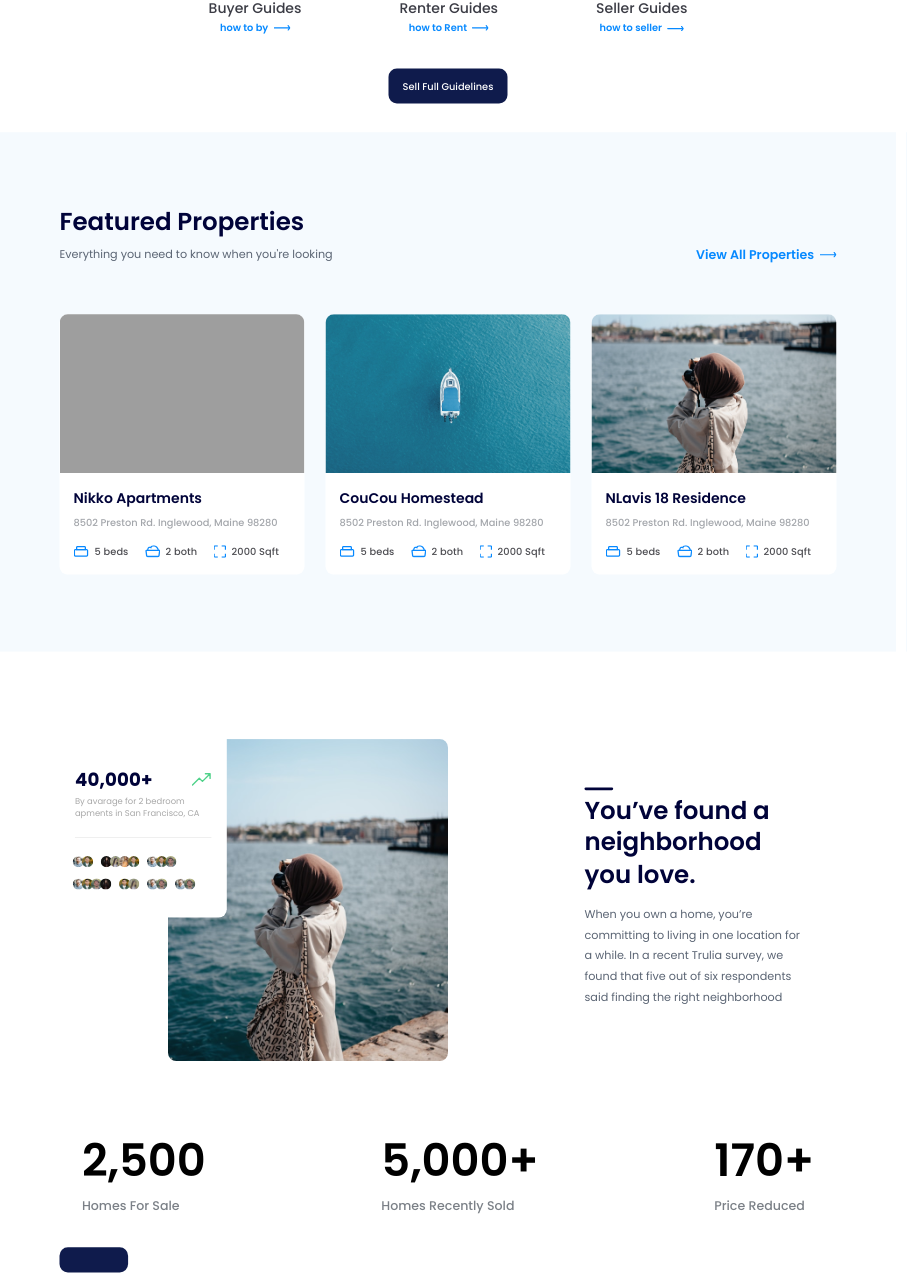
Repository: Kazuto-2004/f8-htmlcss-01
Page: index.html
These files come from the project's save history. The page is drawn as it stood at one moment and after the next save; the edit follows.
The browser window is 1280 px wide. The page is 1295 px wide, so the pictures cover 1295 px, including what lies to the right of the window. The pictures show the part of the page from y = 1507 to 3387 px (the page is 3344 px tall before and 3387 px after), at 70% of full size.
Pictures or frames that could not be fetched are drawn as grey boxes.

Above is the page before, as saved 2023-07-15 17:41:01.

After the next save:
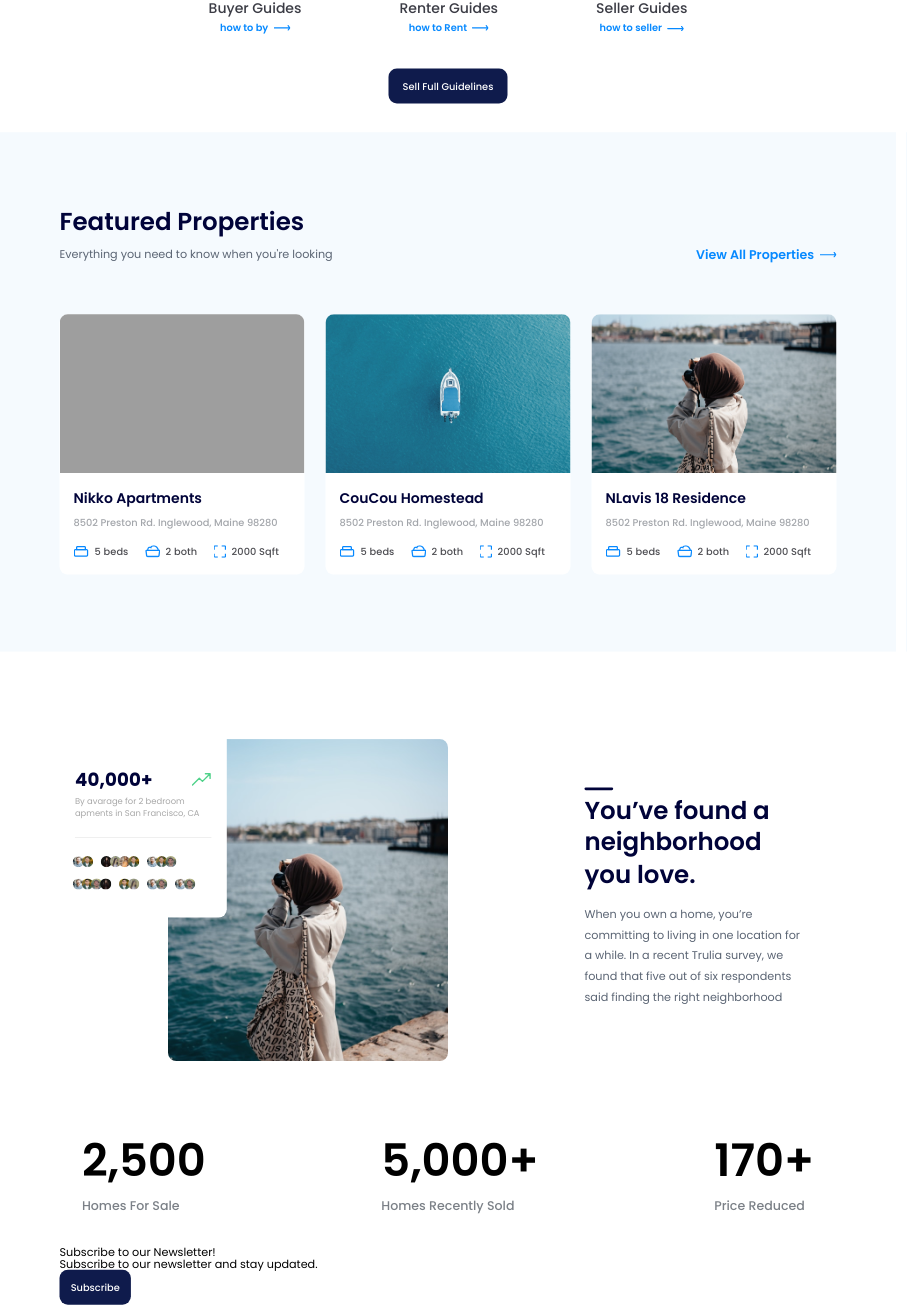
Saved 29 s later.
--- a/index.html
+++ b/index.html
@@ -453,9 +453,13 @@
                 <div class="content">
                     <div class="body">
                         <div class="info">
-                            <h2 class="sub-title"></h2>
-                            <p class="desc"></p>
-                            <a href="" class="btn"></a>
+                            <h2 class="sub-title">
+                                Subscribe to our Newsletter!
+                            </h2>
+                            <p class="desc">
+                                Subscribe to our newsletter and stay updated.
+                            </p>
+                            <a href="#!" class="btn">Subscribe</a>
                         </div>
                         <img src="" alt="" class="image" />
                     </div>
